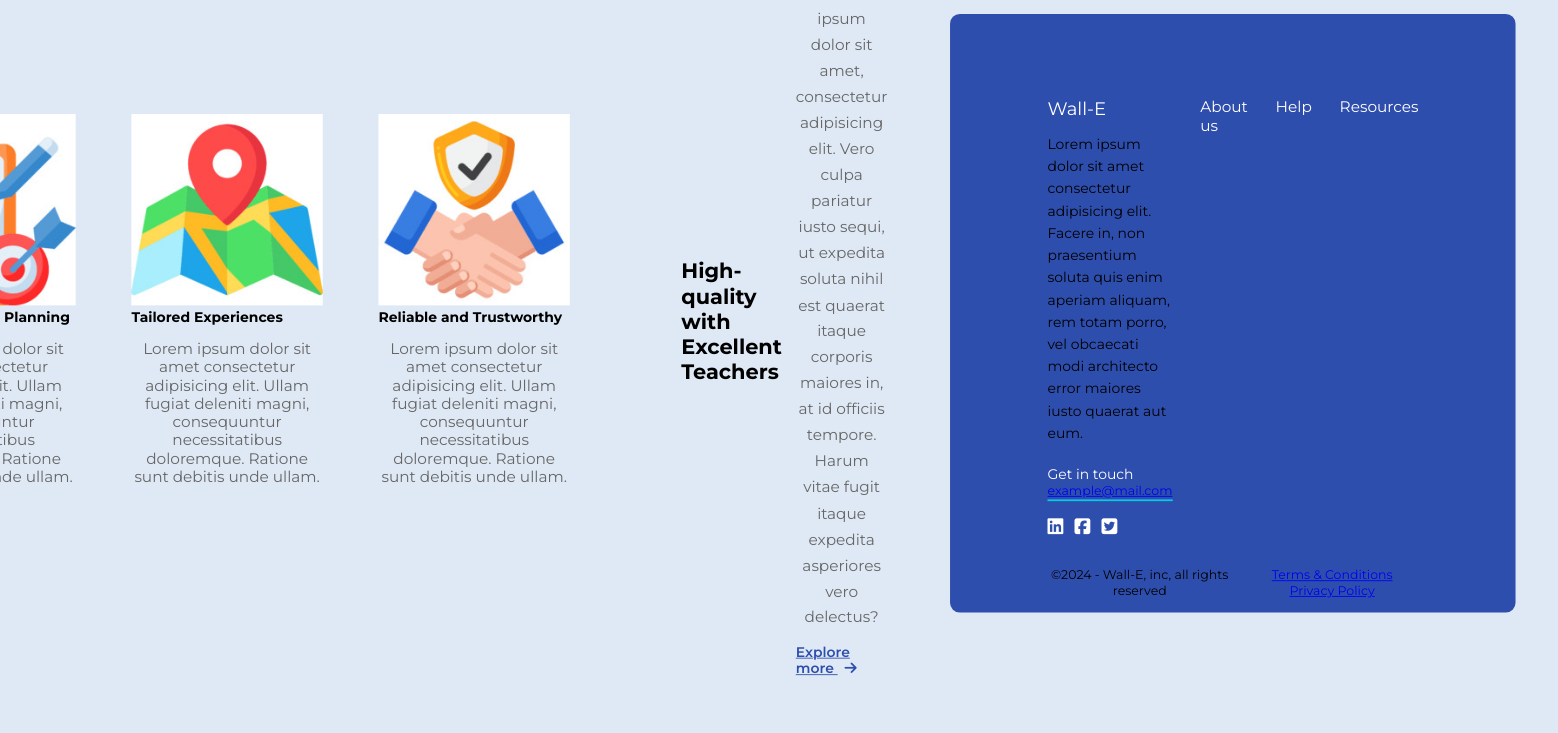
Repository: thanhnoone/SWP391
Page: http://localhost/guest
These files come from the project's save history. The page is drawn as it stood at one moment and after the next save; the edit follows.
The browser window is 1280 px wide. The page is 1766 px wide, then 1791 px, so the pictures cover 1791 px, including what lies to the right of the window. The pictures show the whole page, at 87% of full size.
Some web libraries are served in a nearby version. The page is this project's Thymeleaf template; nobody is signed in. The template is opened directly, without the code that normally fills it, so the values that code supplies are empty.

Above is the page before, as saved 2024-05-23 06:14:53.

After the next save:
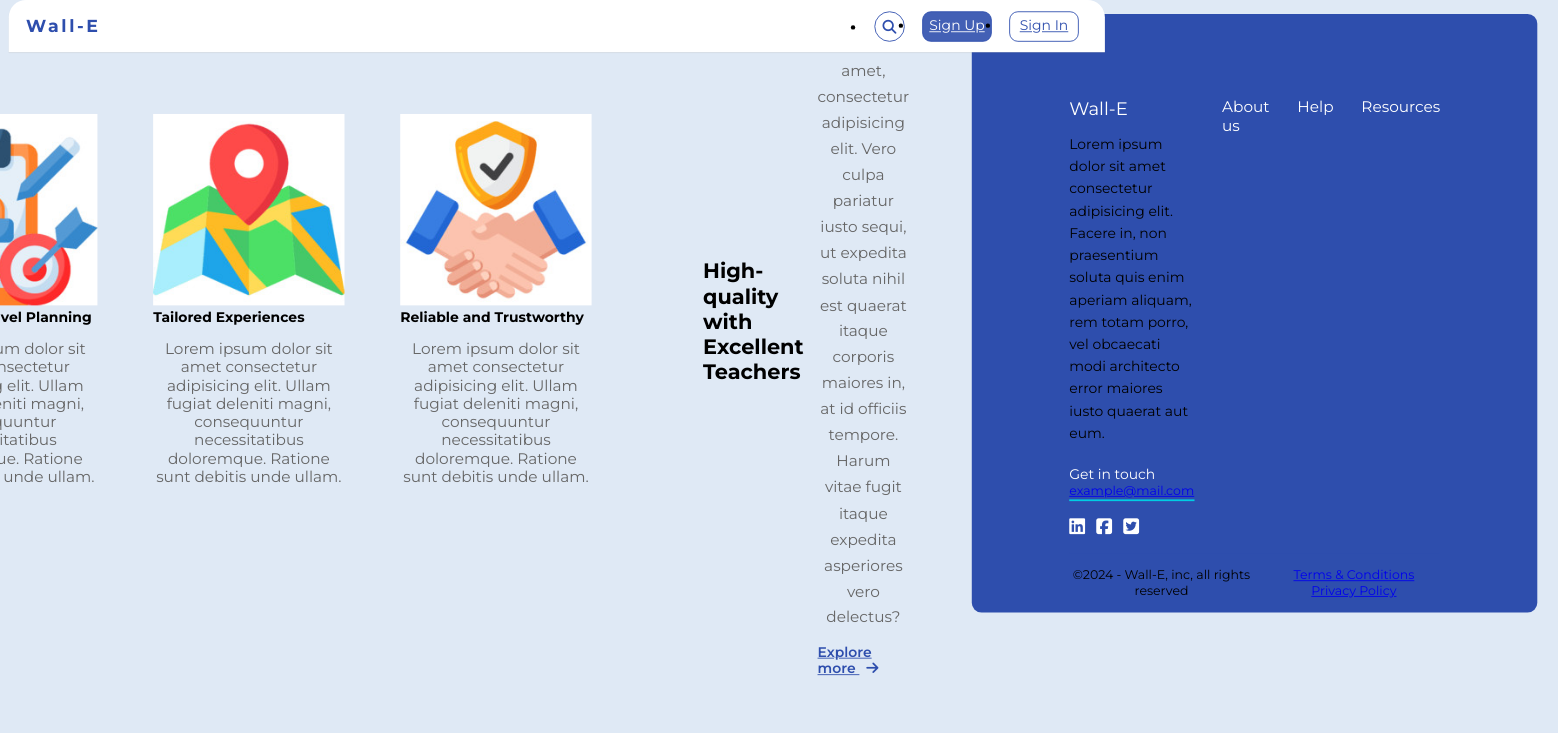
Saved 47 s later.
--- a/Thanh20032003/src/main/resources/templates/guest.html
+++ b/Thanh20032003/src/main/resources/templates/guest.html
@@ -8,7 +8,7 @@
     <script src="https://code.jquery.com/jquery-3.4.1.min.js"></script>
 </head>
 <body>
-    <div class="wrapper">
+    <div class="wrapper-guest">
         <div class="top_navbar">
             <div class="top_menu">
                 <div class="logo">Wall-E</div>
